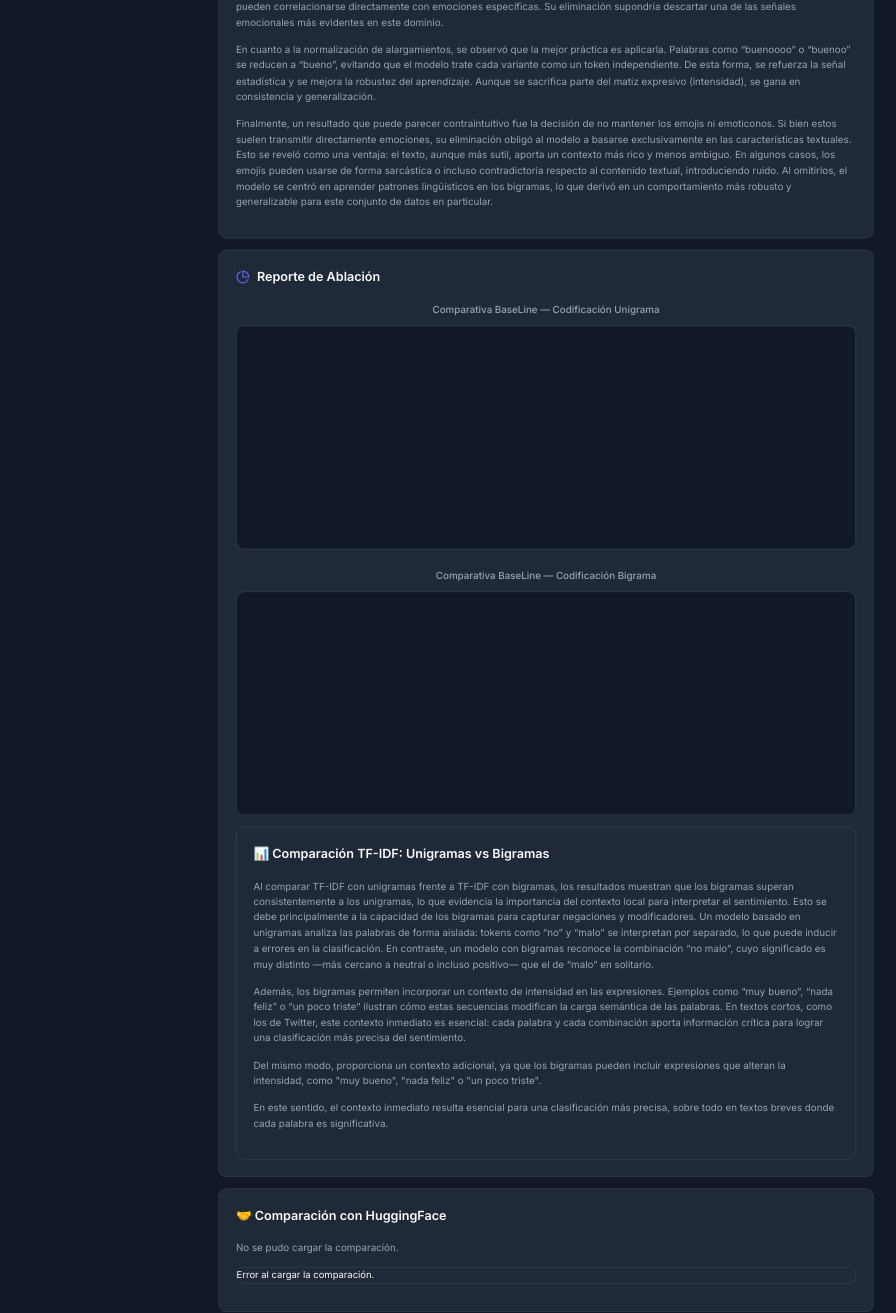
Repository: sergio285/NLP-Sentiment-analysis
Page: pagina/templates/index.html
The author's editor kept a record of every edit. The page is drawn from the files as they stood at one moment, then again after the next edit.
The browser window is 1280 px wide. The pictures show the part of the page from y = 1424 to 3344 px (the page is 3299 px tall before and 3344 px after), at 70% of full size.
A picture or video elsewhere on the page could not be fetched, so the positions and the page height are approximate. The page's requests for data from a server got no answer.

Above is the page before.

After the next edit:
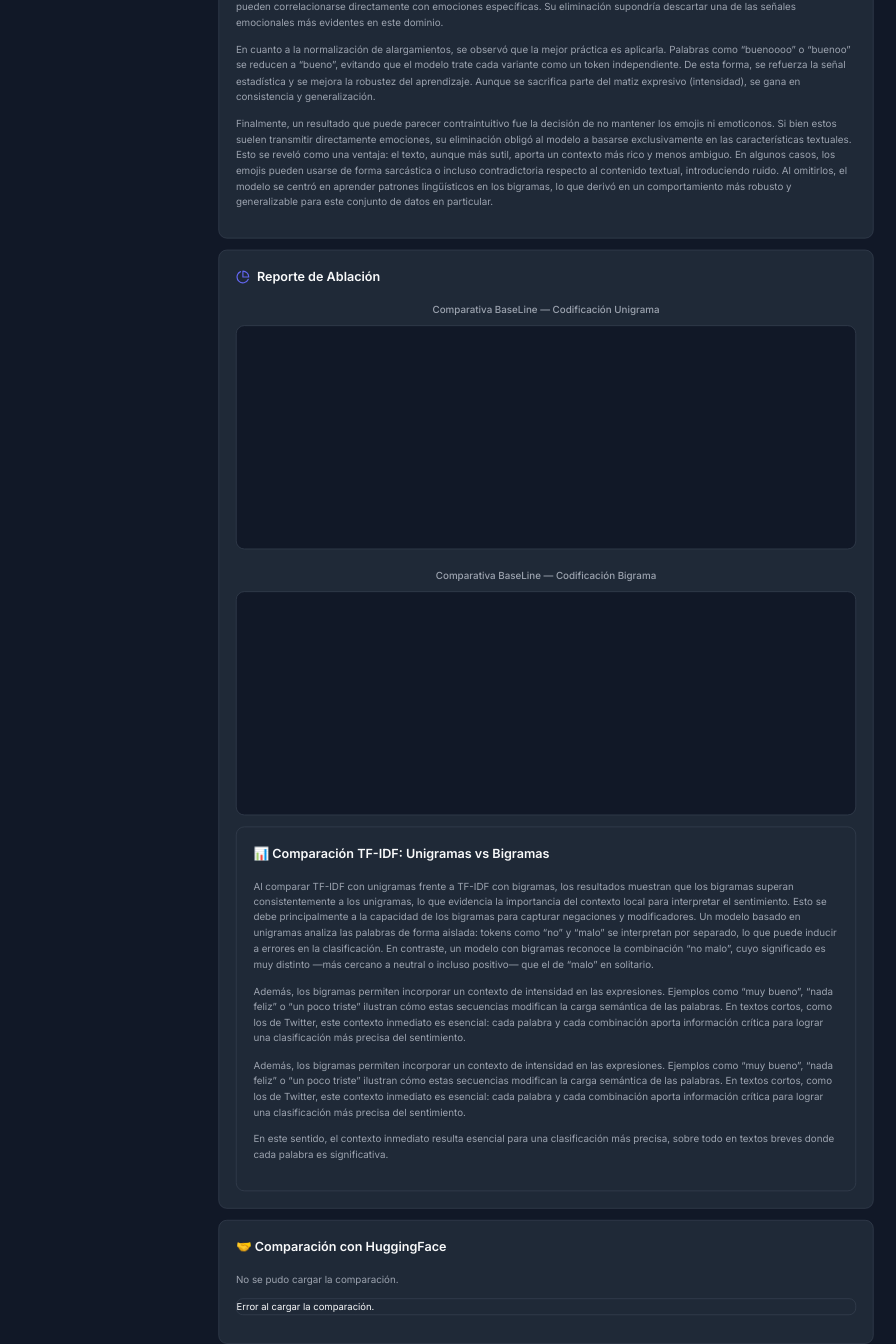
The edit:
--- a/pagina/templates/index.html
+++ b/pagina/templates/index.html
@@ -239,7 +239,7 @@
                     Además, los bigramas permiten incorporar un contexto de intensidad en las expresiones. Ejemplos como “muy bueno”, “nada feliz” o “un poco triste” ilustran cómo estas secuencias modifican la carga semántica de las palabras. En textos cortos, como los de Twitter, este contexto inmediato es esencial: cada palabra y cada combinación aporta información crítica para lograr una clasificación más precisa del sentimiento.
                 </p>
                 <p class="card-subtitle">
-                    Del mismo modo, proporciona un contexto adicional, ya que los bigramas pueden incluir expresiones que alteran la intensidad, como "muy bueno", "nada feliz" o "un poco triste".
+                    Además, los bigramas permiten incorporar un contexto de intensidad en las expresiones. Ejemplos como “muy bueno”, “nada feliz” o “un poco triste” ilustran cómo estas secuencias modifican la carga semántica de las palabras. En textos cortos, como los de Twitter, este contexto inmediato es esencial: cada palabra y cada combinación aporta información crítica para lograr una clasificación más precisa del sentimiento.
                 </p>
                 <p class="card-subtitle">
                     En este sentido, el contexto inmediato resulta esencial para una clasificación más precisa, sobre todo en textos breves donde cada palabra es significativa.
